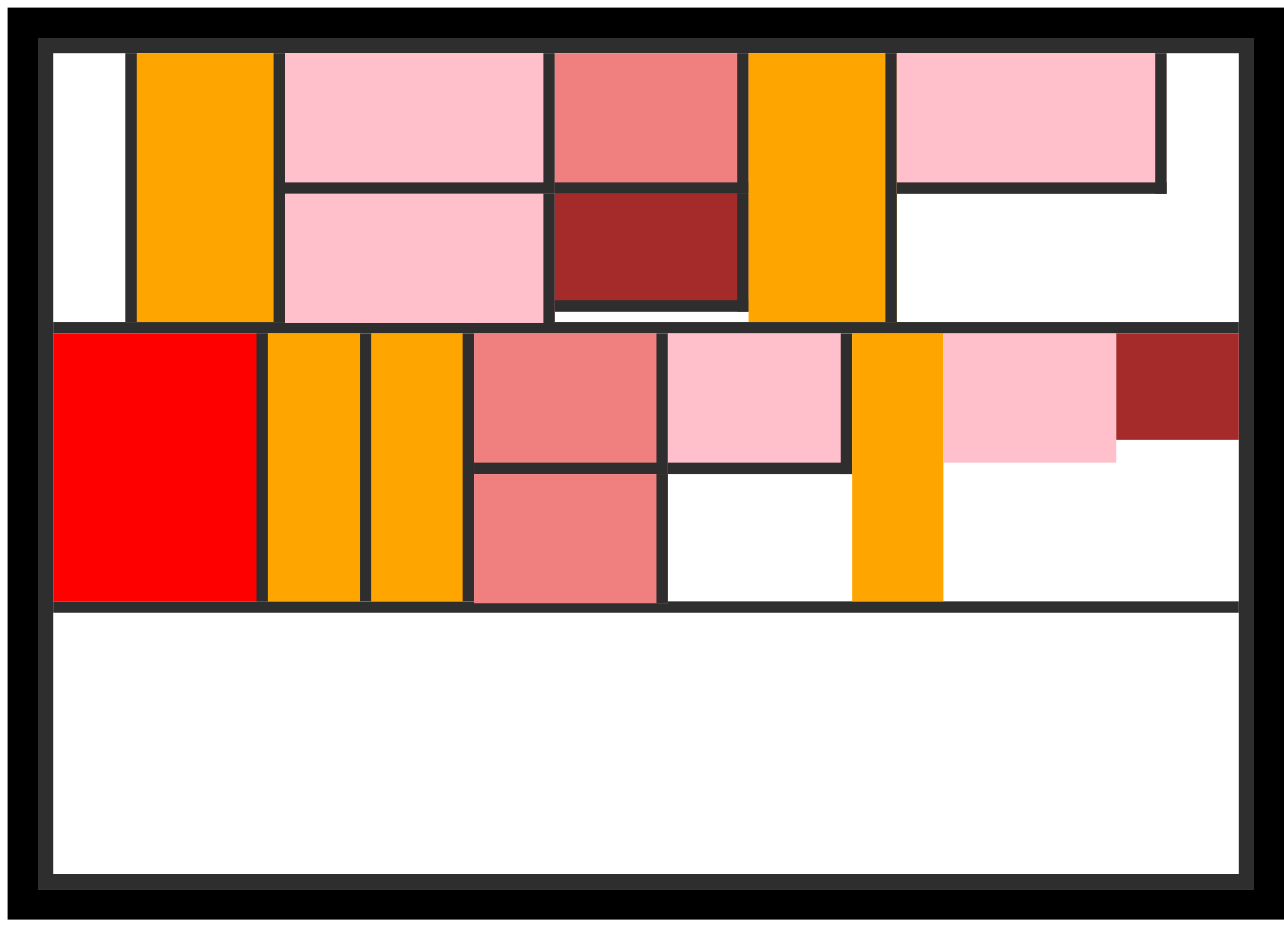
Repository: Tsardines/mondrian
Page: index.html
The author's editor kept a copy of each file at every save. The page is drawn from the files as they stood at one save, then again after the next save.
The browser window is 1280 px wide. The page is 1352 px wide, so the pictures cover 1352 px, including what lies to the right of the window. The pictures show the whole page, at 95% of full size.
Some web fonts or font styles are not loaded; a fallback is used.

Above is the page before, as saved 2019-10-20 17:08:45.

### index.html
<!DOCTYPE html>
<html>
  <head>
    <meta charset="UTF-8">
  <meta http-equiv="X-UA-Compatible" content="IE=edge,chrome=1">
  <meta name="viewport" content="width=device-width,initial-scale=1">
    <title>title</title>
  <meta name="author" content="name">
  <meta name="description" content="description here">
  <meta name="keywords" content="keywords,here">
  <link rel="stylesheet" href="//fonts.googleapis.com/css?family=font1|font2|etc" type="text/css">
  <link rel="stylesheet" href="styles.css" type="text/css">
  </head>
  <body>

    <div id="canvas">
        <div class="grid__container">
            <div class="grid__top">
                <div class="rect--vert" style="border-right: 0.75rem solid rgb(46, 46, 46); border-left: 0.75rem solid rgb(46, 46, 46);"></div>

                <div class="sm__cont">
                    <div class="rect--hori" style="border-bottom: 0.75rem solid rgb(46, 46, 46); border-right: 0.75rem solid rgb(46, 46, 46);"></div>
                    <div class="rect--hori" style="border-right: 0.75rem solid rgb(46, 46, 46);"></div>
                </div>

                <div class="grid__top--cont">
                    <div class="sq--hori" style="border-bottom: 0.75rem solid rgb(46, 46, 46); border-right: 0.75rem solid rgb(46, 46, 46);"></div>
                    <div class="sq--sm" style="border-bottom: 0.75rem solid rgb(46, 46, 46); border-right: 0.75rem solid rgb(46, 46, 46);"></div>
                </div>

                <div class="rect--vert" style="border-right: 0.75rem solid rgb(46, 46, 46);"></div>

                <div class="rect--hori" style="border-bottom: 0.75rem solid rgb(46, 46, 46); border-right: 0.75rem solid rgb(46, 46, 46);"></div>

                <!-- <div class="sq"></div> -->
                <!-- <div class="rect--vert"></div> -->

            </div>

            <div class="grid__middle">
                    <div class="sq--big" style="border-right: 0.75rem solid rgb(46, 46, 46);"></div>
                    <div class="rect--vert" style="border-right: 0.75rem solid rgb(46, 46, 46);"></div>
                    <div class="rect--vert" style="border-right: 0.75rem solid rgb(46, 46, 46);"></div>

                    <div class="sm__cont">
                        <div class="sq--hori" style="border-bottom: 0.75rem solid rgb(46, 46, 46); border-right: 0.75rem solid rgb(46, 46, 46);"></div>
                        <div class="sq--hori" style="border-right: 0.75rem solid rgb(46, 46, 46);"></div>
                    </div>


                    <div class="rect--hori" style="border-bottom: 0.75rem solid rgb(46, 46, 46); border-right: 0.75rem solid rgb(46, 46, 46);"></div>
                    <div class="rect--vert"></div>
                    <div class="rect--hori"></div>
                    <div class="rect--hori--mini"></div>
                    <div class="sq--sm"></div>
            </div>
            <div class="grid__bottom">



            </div>
        </div>
    </div>

  </body>
</html>

### styles.css
#canvas {
    border: 2rem solid black;
    /* display: block; */
    height: 56rem;
    margin: 0 auto;
    width: 80rem;
}

.grid__container {
    border: 1rem solid rgb(46, 46, 46);
    height: 54rem;
}

.grid__top {
    display: flex;
    height: 32.7%;
    justify-content: center;
}

.grid__middle {
    border-bottom: 0.75rem solid rgb(46, 46, 46);
    border-top: 0.75rem solid rgb(46, 46, 46);
    display: flex;
    height: 32.7%;
}

.grid__bottom {
    height: 32.7%;
}

.rect--vert {
    background-color: orange;
    /* border-right: 0.75rem solid rgb(46, 46, 46); */
    height: 100%;
    width: 9rem;
}

.rect--hori {
    background-color: pink;
    /* border-bottom: 0.75rem solid rgb(46, 46, 46);
    border-right: 0.75rem solid rgb(46, 46, 46); */
    height: 8.5rem;
    width: 17rem;
}

.sq--hori {
    background-color: lightcoral;
    /* border-bottom: 0.75rem solid rgb(46, 46, 46);
    border-right: 0.75rem solid rgb(46, 46, 46); */
    height: 8.5rem;
    width: 12rem;
}

.rect--hori--sm {
    background-color: rgb(55, 87, 190);
    /* border-bottom: 0.75rem solid rgb(46, 46, 46);
    border-right: 0.75rem solid rgb(46, 46, 46); */
    height: 8rem;
    width: 12rem;
}

.sq--big {
    background-color: red;
    height: 100%;
    width: 20rem;
}

.sq--sm {
    background-color: brown;
    /* border-bottom: 0.75rem solid rgb(46, 46, 46);
    border-right: 0.75rem solid rgb(46, 46, 46); */
    height: 7rem;
    width: 12rem;
}

After the next save:
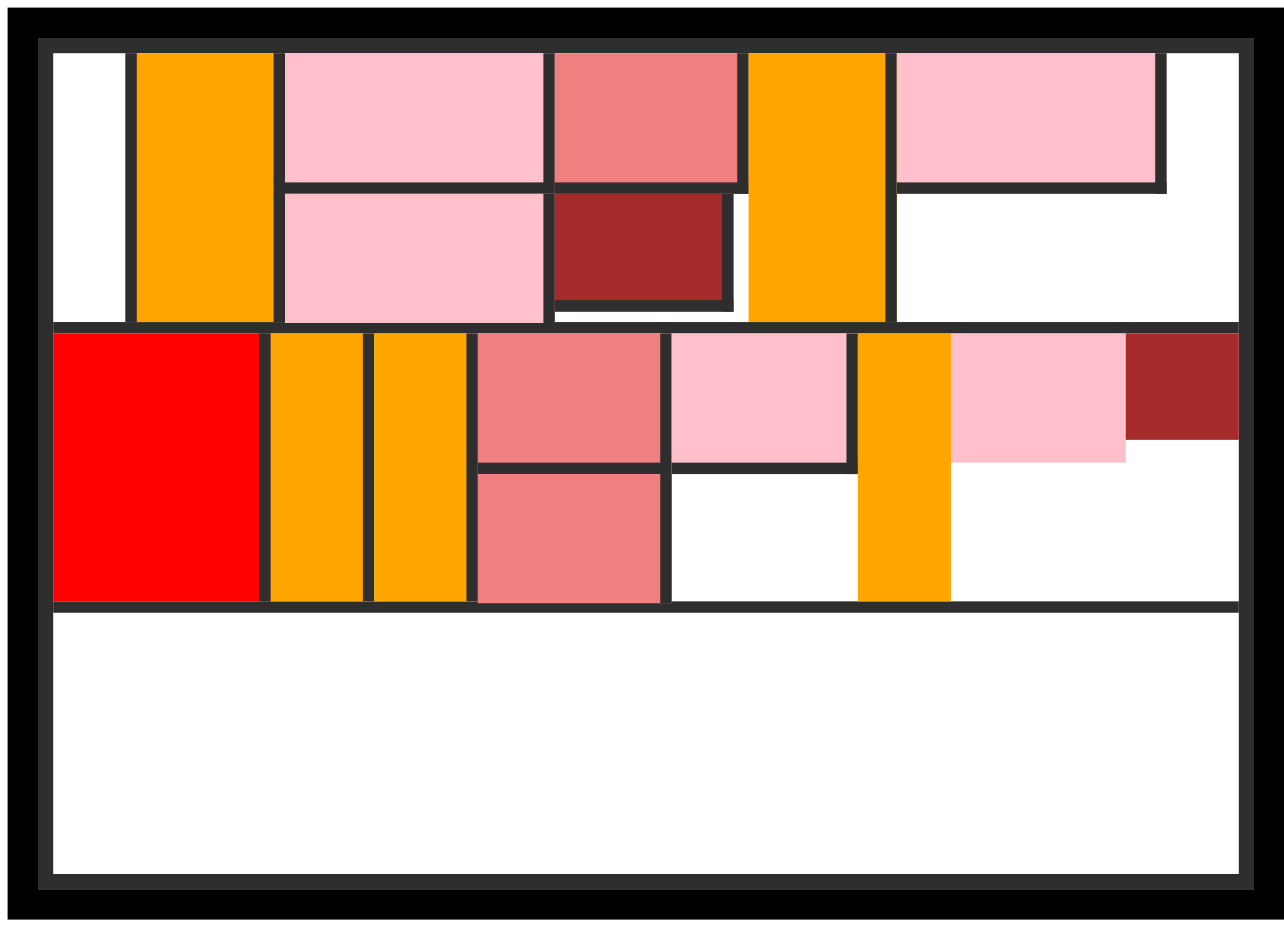
Saved 15 s later.
--- a/styles.css
+++ b/styles.css
@@ -70,5 +70,5 @@
     /* border-bottom: 0.75rem solid rgb(46, 46, 46);
     border-right: 0.75rem solid rgb(46, 46, 46); */
     height: 7rem;
-    width: 12rem;
+    width: 11rem;
 }
